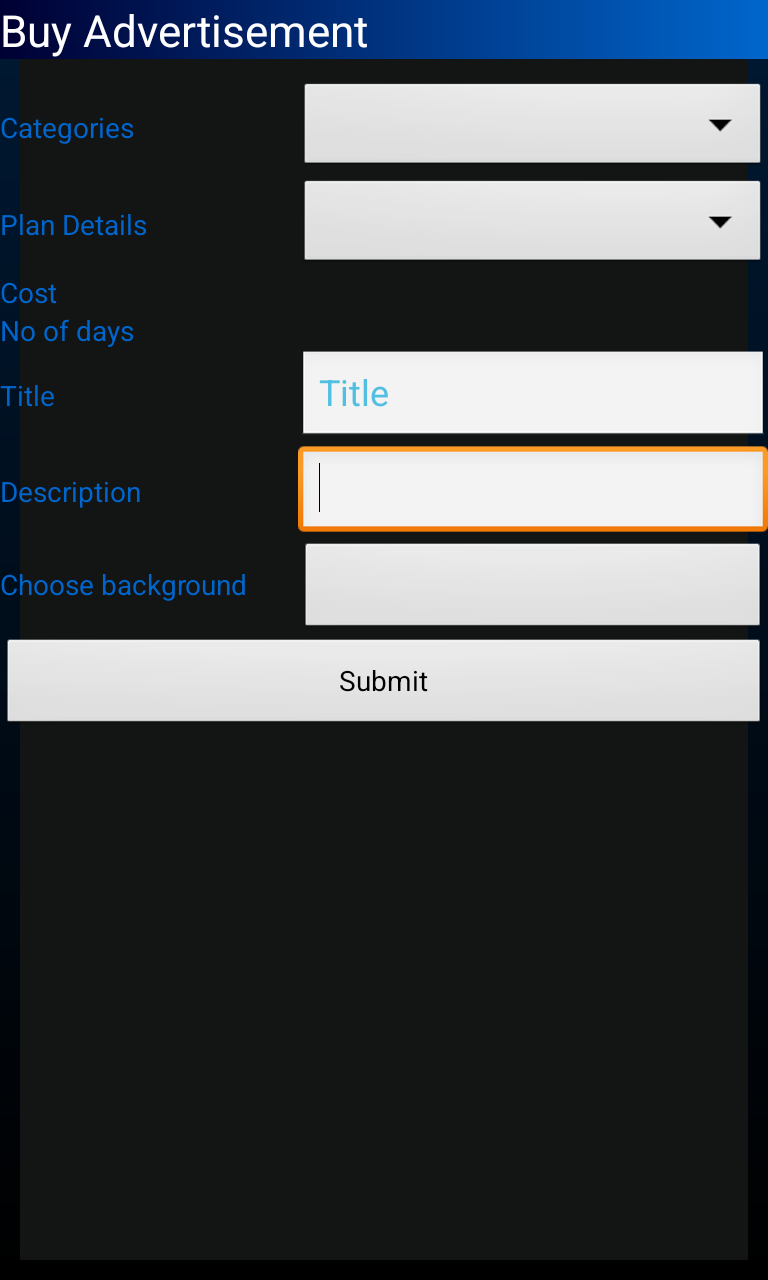
Repository: jasleen1291/B2BMobileApplication
Layout: Mobile E Commerce/B2B/res/layout/fragment_buy_advertisement.xml
These files come from the project's save history. The layout is drawn as it stood at one moment and after the next save; the edit follows.
It is drawn on a 768 x 1280 px phone screen (xhdpi) without system bars, with theme mycustomtheme; the app's code is not run.

Above is the layout before, as saved 2013-05-26 11:15:40.

After the next save:
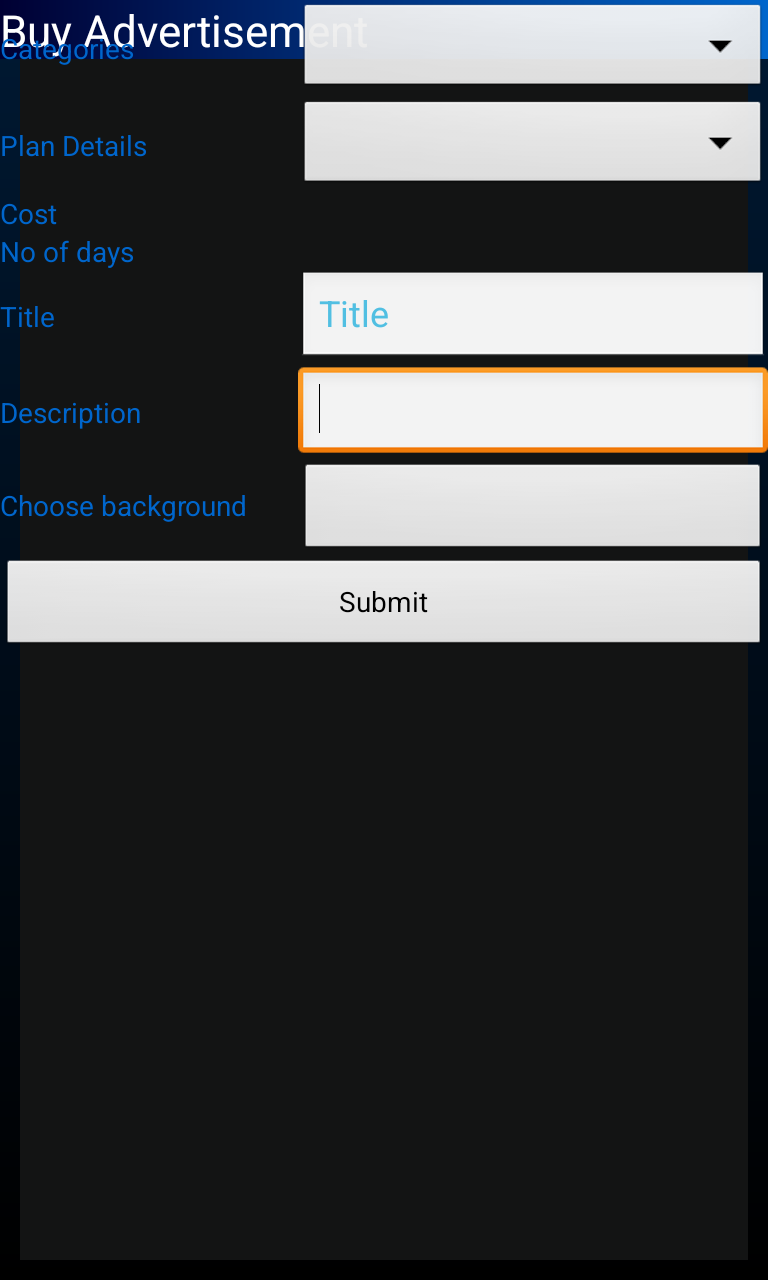
Saved 10 s later.
--- a/Mobile E Commerce/B2B/res/layout/fragment_buy_advertisement.xml
+++ b/Mobile E Commerce/B2B/res/layout/fragment_buy_advertisement.xml
@@ -3,7 +3,9 @@
     android:layout_width="match_parent"
     android:layout_height="match_parent"
     tools:context=".BuyAdvertisement" >
-
+<TextView
+        style="@style/titlebarstyle"
+        android:text="@string/buy_advertisement" />
     <!-- TODO: Update blank fragment layout -->
 <ScrollView
     android:layout_width="match_parent"
@@ -13,9 +15,7 @@
     android:layout_height="wrap_content"
     android:orientation="vertical" >
 
-    <TextView
-        style="@style/titlebarstyle"
-        android:text="@string/buy_advertisement" />
+
 
     <TableLayout
         android:layout_width="match_parent"

After the save that followed:
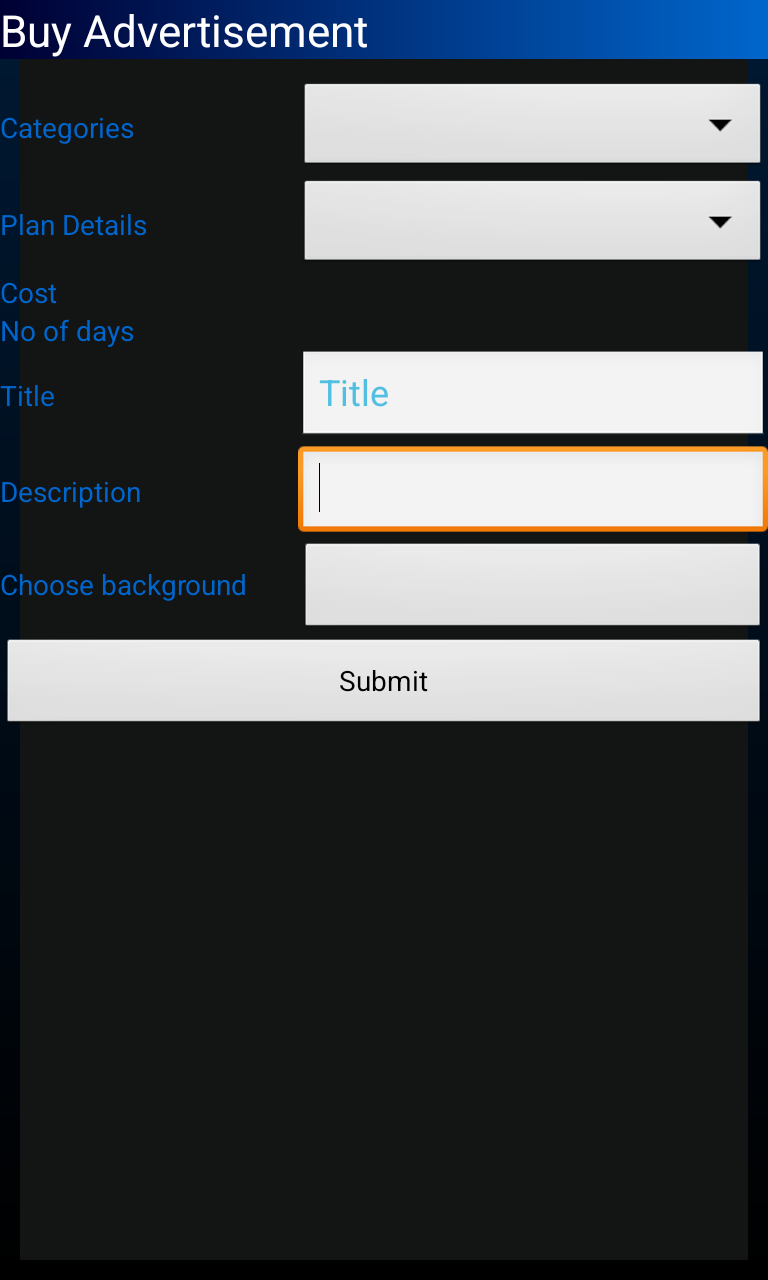
Saved 18 s later.
--- a/Mobile E Commerce/B2B/res/layout/fragment_buy_advertisement.xml
+++ b/Mobile E Commerce/B2B/res/layout/fragment_buy_advertisement.xml
@@ -3,9 +3,7 @@
     android:layout_width="match_parent"
     android:layout_height="match_parent"
     tools:context=".BuyAdvertisement" >
-<TextView
-        style="@style/titlebarstyle"
-        android:text="@string/buy_advertisement" />
+
     <!-- TODO: Update blank fragment layout -->
 <ScrollView
     android:layout_width="match_parent"
@@ -15,7 +13,9 @@
     android:layout_height="wrap_content"
     android:orientation="vertical" >
 
-
+    <TextView
+        style="@style/titlebarstyle"
+        android:text="@string/buy_advertisement" />
 
     <TableLayout
         android:layout_width="match_parent"
